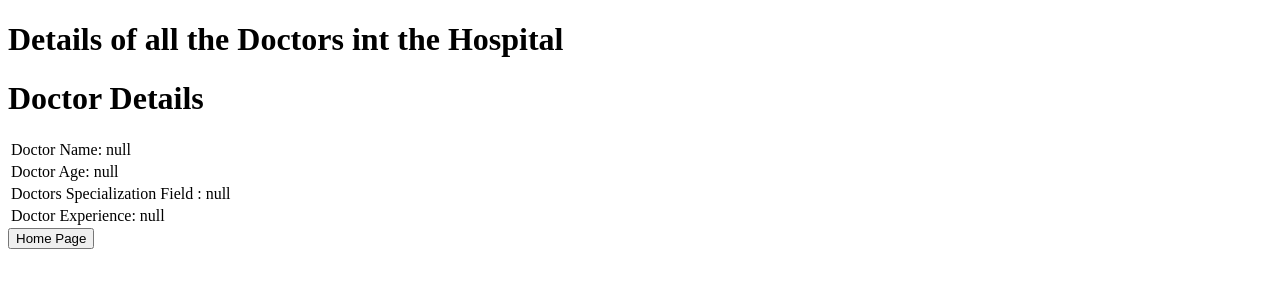
Repository: SangatiNithyaSai/SpringWorkspace
Page: http://localhost/alldoctors
An editor plug-in stored every save of this project. The page is shown before and after the next save, followed by the edit.
The browser window is 1280 px wide. The pictures show the whole page.
The page is this project's Thymeleaf template; nobody is signed in. The template is opened directly, without the code that normally fills it, so the values that code supplies are empty.

Above is the page before, as saved 2022-03-30 11:17:09.

### hospital-management/src/main/resources/templates/alldoctors.html
<!DOCTYPE html>
<html>
<body>
  <p><h1>Details of all the Doctors int the Hospital</h1></p>


  <h1>Doctor Details</h1>
  <table>

    <tr th:each="doc: ${doctors}">

    <tr><td th:text="'Doctor Name: ' + ${doc.name}"></td> </tr>
    <tr><td th:text="'Doctor Age: ' + ${doc.age}"></td> </tr>
    <tr><td th:text="'Doctors Specialization Field : ' + ${doc.field}"></td> </tr>
    <tr><td th:text="'Doctor Experience: ' + ${doc.exp_in_years}"></td> </tr>
  </table>

    </tr>

   <button onclick="myFunction()">Home Page</button>
<script>
function myFunction() {
  location.replace("/HospitalManagement/")
}
</script>


</body>
</html>

After the next save:
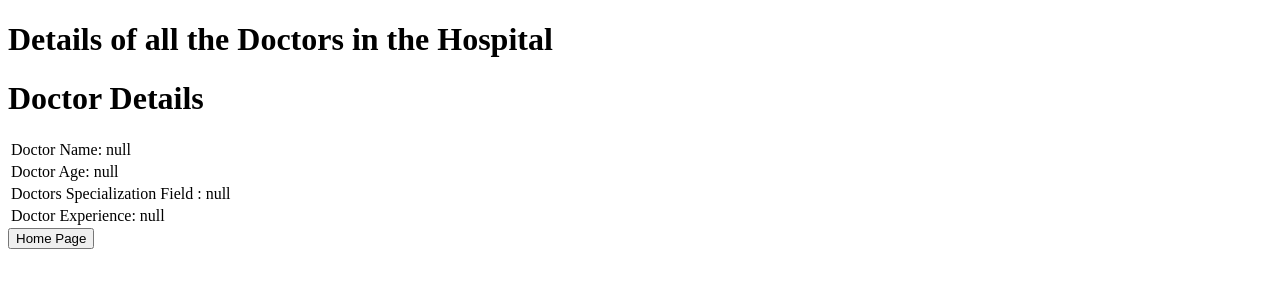
Saved 85 s later.
--- a/hospital-management/src/main/resources/templates/alldoctors.html
+++ b/hospital-management/src/main/resources/templates/alldoctors.html
@@ -1,7 +1,7 @@
 <!DOCTYPE html>
 <html>
 <body>
-  <p><h1>Details of all the Doctors int the Hospital</h1></p>
+  <p><h1>Details of all the Doctors in the Hospital</h1></p>
 
 
   <h1>Doctor Details</h1>
